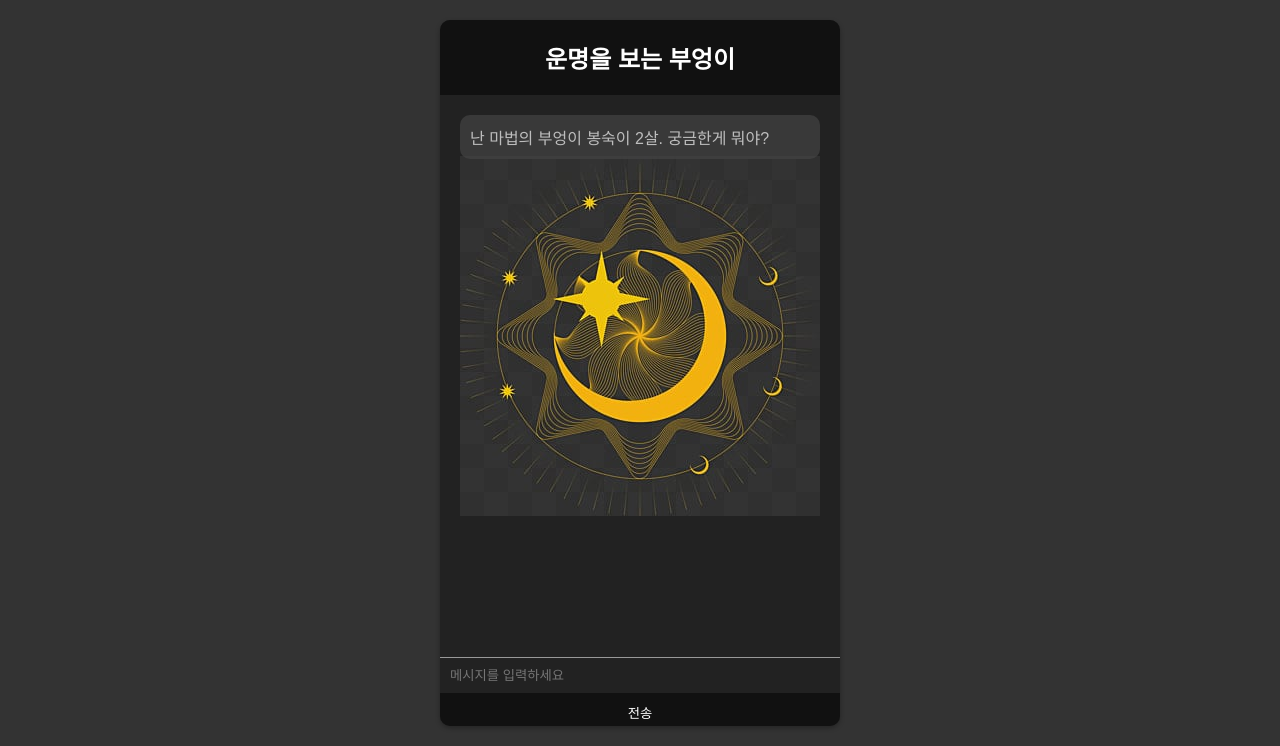
Repository: MYOUNGJOO-KIM/taro
Page: frontend/index.html
The author's editor kept a copy of each file at every save. The page is drawn from the files as they stood at one save, then again after the next save.
The browser window is 1280 px wide. The pictures show the whole page.

Above is the page before, as saved 2023-07-10 22:30:28.

After the next save:
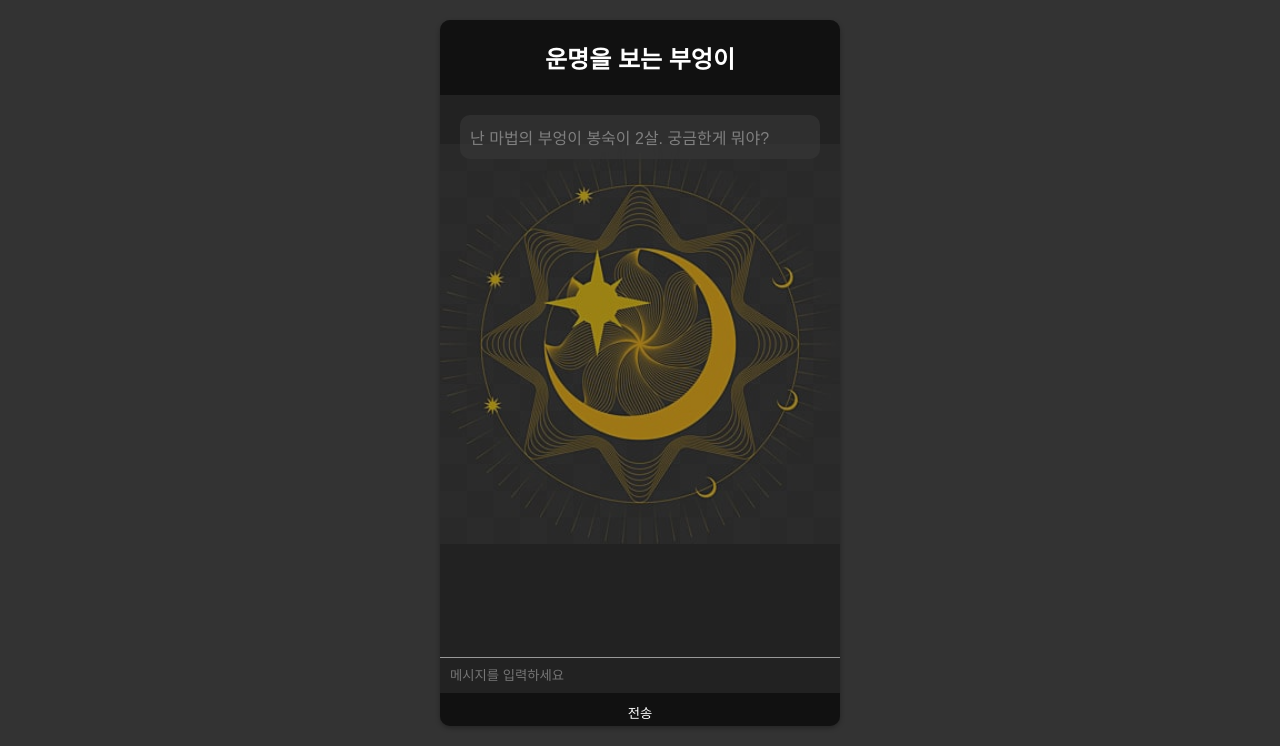
Saved 54 s later.
--- a/frontend/index.html
+++ b/frontend/index.html
@@ -43,6 +43,8 @@
             overflow-y: auto;
             height: 74%;
             background: url('./asset/images/bg_small.jpg') no-repeat center 30%;
+            background-size: 100%;
+            opacity: 0.6;
         }
 
         .chat-message {
